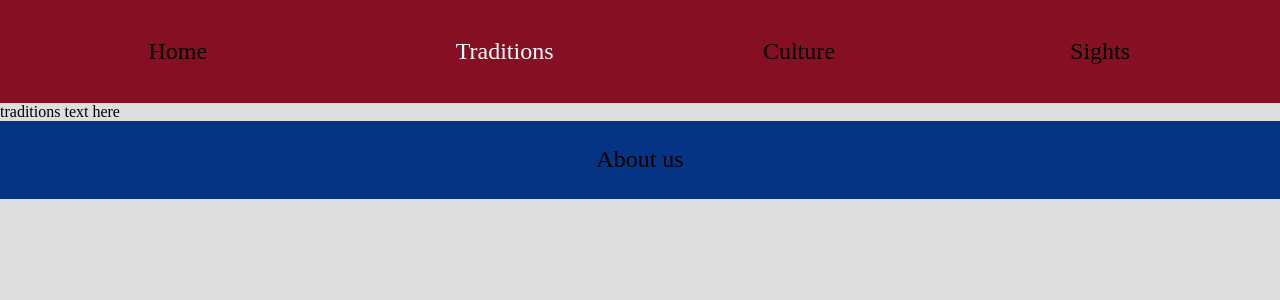
Repository: Cornman63/The-netherlands
Page: html/traditions.html
The author's editor kept a copy of each file at every save. The page is drawn from the files as they stood at one save, then again after the next save.
The browser window is 1280 px wide. The pictures show the whole page.

Above is the page before, as saved 2023-05-29 10:47:28.

### html/traditions.html
<!DOCTYPE html>
<html lang="en">
<head>
    <meta charset="UTF-8">
    <meta http-equiv="X-UA-Compatible" content="IE=edge">
    <meta name="viewport" content="width=device-width, initial-scale=1.0">
    <link rel="stylesheet" href="../CSS\style2.css">
    <title>Visit the Netherlands</title>

</head>
<body>
<header>
    <div class="top">
        <div class="site"><a href="index.html" class="link">Home</a></div>
        <div class="site"><a href="traditions.html" style="color: white" class="link">Traditions</a></div>
        <div class="site"><a href="culture.html" class="link">Culture</a></div>
        <div class="site"><a href="sights.html" class="link">Sights</a></div>
    </div>
</header>

    <div class="text">
        traditions text here
    </div>

<footer>
    <div class="bottom">
        About us
    </div>
</footer>
<script src="../Javascript/main.js"></script>
</body>
</html>

### CSS/style2.css
* {
    margin:0;
}
header{
    background-color: #861023;
    width: 100%;
}

footer{
    background-color: #053484;
    width: 100%;
}

.top, .bottom {
    display: flex;
    flex-direction: row;
    justify-content: center;
    align-content: center;
    margin: auto;
    padding: 2%;
    font-size: 150%;
}
.site {
    display: flex;
    border: 1%;
    margin: 1%;
    margin-left: 10%;
    align-content: center;
    width: 90%;
}

.link{
    text-decoration: none;
}
.link:link {
    color:black;
}
.link:visited {
    color:black;
}
.link:hover {
    color:white;
}
.foodmain, .sportmain, .soceqmain {
    display: flex;
    flex-direction: column;
    background-size: cover;
    border: 5%;
    overflow: hidden;
    background-image:url(../images/skate.jpeg)
}
.foodmain {
    background-image: url(../images/dinner2.png);
}
.soceqmain {
    background-image: url(../images/soceq.webp);
}
.food,.h {
    margin: auto;
}
.sportmain, .soceqmain {
    margin-top: 3%;
}
.h {
    justify-content: center;
    align-content:center;
    margin-top: 2%;
    margin-bottom: 1%;
    text-align: center;
    font-size:200%;
    text-decoration: underline;
}
.food {
    margin-bottom: 2%;
}
.item{
    max-width: 80%;
    margin: auto;
    display: flex;
    flex-direction: row;
    padding: 3%;
    background-color: rgba(255,255,255,0.75);
    border:5%;
    margin-top: 2.5%;
    margin-bottom: 2.5%;
}
.img {
    width: 20%;
    height: 20%;
    display: flex;
    flex-direction: row;
}
.par {
    padding: 1%;
}

.intro {
    width: 75%;
    margin: auto;
}
body {
    background-color:rgb(223, 222, 222);
}

### Javascript/main.js
document.addEventListener("keydown", down);

function down(event) {
    if (event.key == 1)  {
        window.open("index.html", "_self")
    }
    else if (event.key == 2) {
        window.open("traditions.html", "_self")
    }
    else if (event.key == 3) {
        window.open("culture.html", "_self")
    }
    else if (event.key == 4) {
        window.open("sights.html", "_self")
    }
}

After the next save:
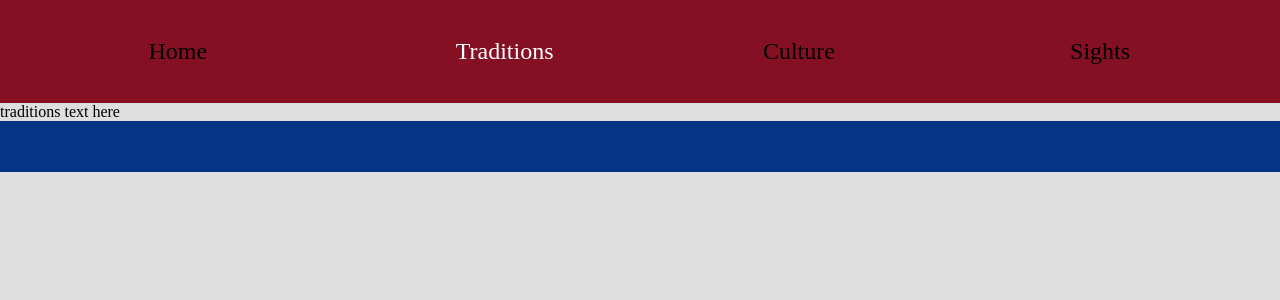
Saved 4 s later.
--- a/html/traditions.html
+++ b/html/traditions.html
@@ -24,7 +24,6 @@
 
 <footer>
     <div class="bottom">
-        About us
     </div>
 </footer>
 <script src="../Javascript/main.js"></script>
